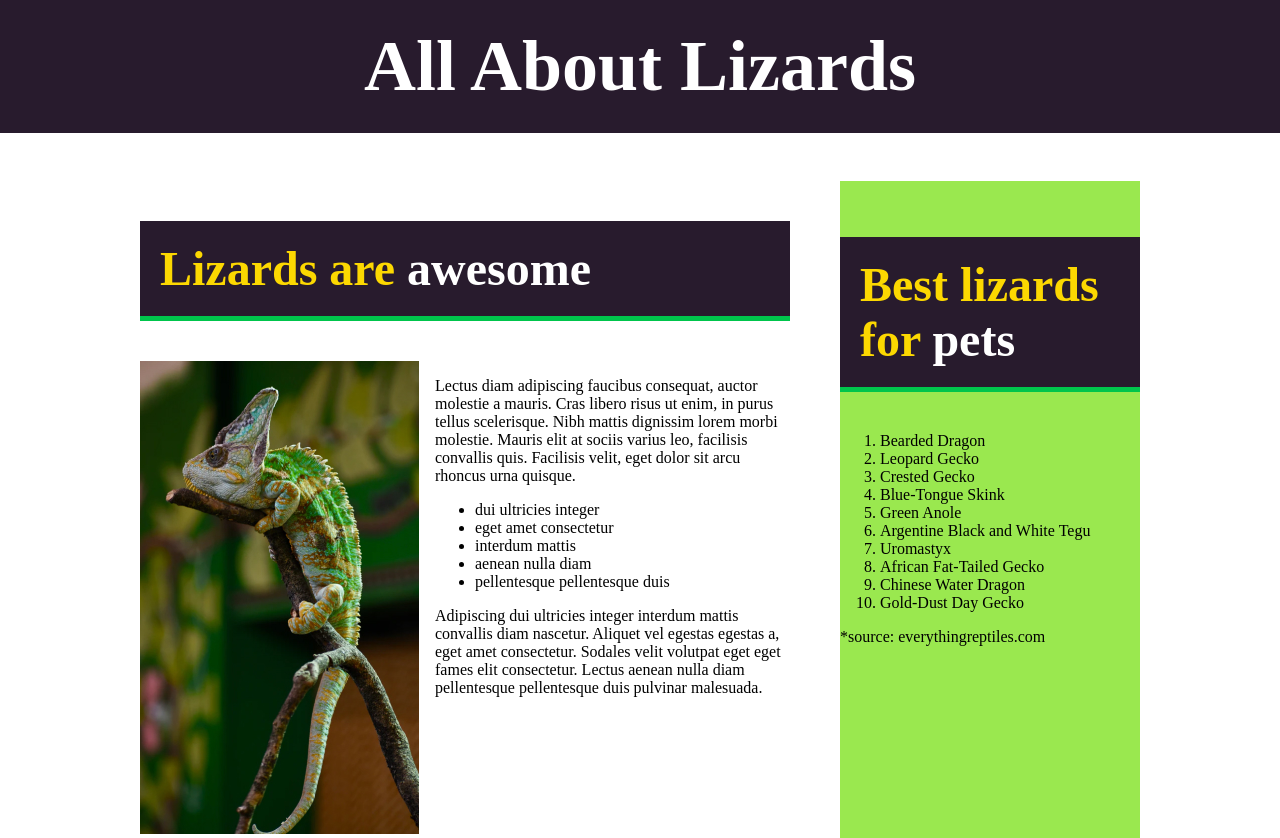
Repository: Doumham-Armah/lizards-landing--page
Page: index.html
The author's editor kept a copy of each file at every save. The page is drawn from the files as they stood at one save, then again after the next save.
The browser window is 1280 px wide. The pictures show the whole page.

Above is the page before, as saved 2021-08-10 15:28:56.

### index.html
<!DOCTYPE html>
<html>
  <head>
    <title>All about lizards</title>
    <link href="css/style.css" rel="stylesheet" />
  </head>
  <body>
    <header>
      <h1>All About Lizards</h1>
    </header>

    <main>
      <div class="container">
        <div class="columns">
          <section class="main-content">
            <h2 class="subhead">
              Lizards are <span class="white-text">awesome</span>
            </h2>

            <div class="columns">
              <div class="col-left">
                <img
                  src="images/chameleon.jpg"
                  alt="a chameleon climbing a branch"
                />
              </div>

              <div class="col-right">
                <p>
                  Lectus diam adipiscing faucibus consequat, auctor molestie a
                  mauris. Cras libero risus ut enim, in purus tellus
                  scelerisque. Nibh mattis dignissim lorem morbi molestie.
                  Mauris elit at sociis varius leo, facilisis convallis quis.
                  Facilisis velit, eget dolor sit arcu rhoncus urna quisque.
                </p>

                <!-- insert the unordered list here -->
                <ul>
                  <li>dui ultricies integer</li>
                  <li>eget amet consectetur</li>
                  <li>interdum mattis</li>
                  <li>aenean nulla diam</li>
                  <li>pellentesque pellentesque duis</li>
                </ul>

                <p>
                  Adipiscing dui ultricies integer interdum mattis convallis
                  diam nascetur. Aliquet vel egestas egestas a, eget amet
                  consectetur. Sodales velit volutpat eget eget fames elit
                  consectetur. Lectus aenean nulla diam pellentesque
                  pellentesque duis pulvinar malesuada.
                </p>
              </div>
            </div>
          </section>

          <aside class="sidebar">
            <h2 class="subhead">
              Best lizards for <span class="white-text">pets</span>
            </h2>
            <!-- insert the ordered list here -->
            <ol>
              <li>Bearded Dragon</li>
              <li>Leopard Gecko</li>
              <li>Crested Gecko</li>
              <li>Blue-Tongue Skink</li>
              <li>Green Anole</li>
              <li>Argentine Black and White Tegu</li>
              <li>Uromastyx</li>
              <li>African Fat-Tailed Gecko</li>
              <li>Chinese Water Dragon</li>
              <li>Gold-Dust Day Gecko</li>
            </ol>
            <p>*source: everythingreptiles.com</p>
          </aside>
        </div>
        <!-- close columns -->
      </div>
      <!-- close container -->
    </main>
  </body>
</html>

### css/style.css
body {
  margin: 0;
}

/* solution with h1 only */

h1 {
  background-color: #281b2d;
  color: #fff;
  text-align: center;
  font-size: 72px;
  margin-top: 0;
  padding: 25px 0;
}

.subhead {
  background-color: #281b2d;
  color: #fcd801;
  font-size: 48px;
  padding: 20px;
  border-bottom: 5px solid #00c54c;
}

.white-text {
  color: #fff;
}

.container {
  max-width: 62.5rem;
  margin: 0 auto;
  padding: 0 1.5rem;
}

.columns {
  display: flex;
}

.col-right {
  margin-left: 1rem;
}

.main-content {
  width: 65%;
  margin-right: 5%;
}

.sidebar {
  width: 30%;
}

.sidebar {
  background-color: #9ae84f;
  padding-top: 1rem;
}

After the next save:
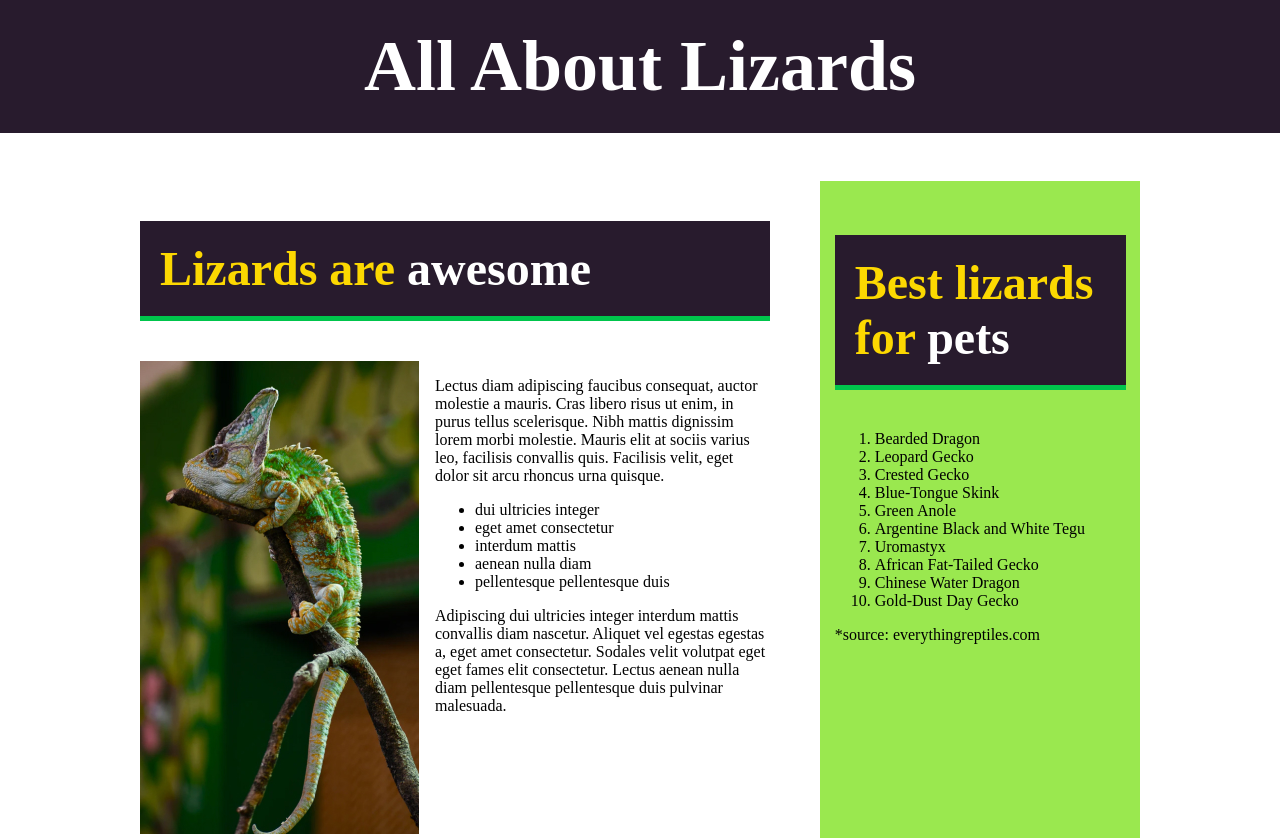
Saved 15 min 18 s later.
--- a/css/style.css
+++ b/css/style.css
@@ -50,5 +50,5 @@ h1 {
 
 .sidebar {
   background-color: #9ae84f;
-  padding-top: 1rem;
+  padding: 0.9rem;
 }
